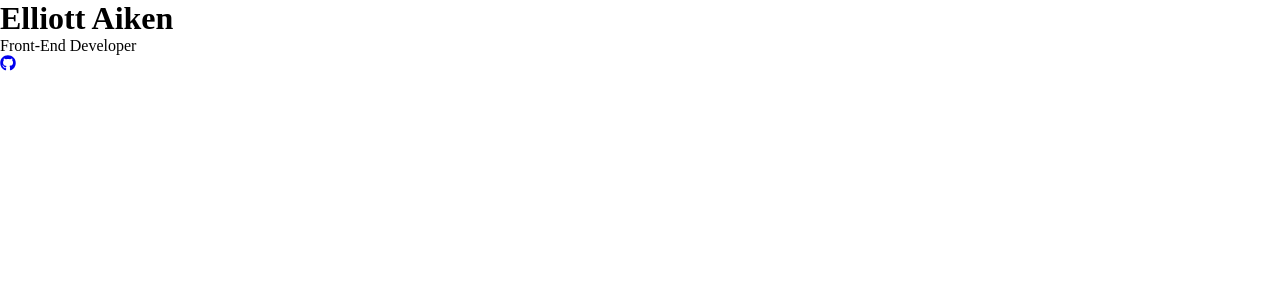
Repository: elaiken/portfolio
Page: /
The author's editor kept a copy of each file at every save. The page is drawn from the files as they stood at one save, then again after the next save.
The browser window is 1280 px wide. The pictures show the whole page.
The project was rebuilt for these pictures with package versions that can differ from the ones it lists, and the page was loaded fresh each time. Also part of the build but not shown: src/components/Error.js, src/components/Projects.js.

Above is the page before, as saved 2021-11-24 16:20:40.

### public/index.html
<!DOCTYPE html>
<html lang="en">
  <head>
    <meta charset="utf-8" />
    <link rel="icon" href="%PUBLIC_URL%/favicon.ico" />
    <meta name="viewport" content="width=device-width, initial-scale=1" />
    <meta name="theme-color" content="#000000" />
    <meta
      name="description"
      content="Elliott A Aiken II | Looking for Front-end Role"
    />
    <link rel="apple-touch-icon" href="%PUBLIC_URL%/logo192.png" />
    <!--
      manifest.json provides metadata used when your web app is installed on a
      user's mobile device or desktop. See https://developers.google.com/web/fundamentals/web-app-manifest/
    -->
    <link rel="manifest" href="%PUBLIC_URL%/manifest.json" />
    <link rel="preconnect" href="https://fonts.googleapis.com">
<link rel="preconnect" href="https://fonts.gstatic.com" crossorigin>
<link href="https://fonts.googleapis.com/css2?family=Manrope:wght@200;400;700&family=Poppins:ital,wght@0,500;1,300;1,400&family=Source+Sans+Pro:ital,wght@0,400;0,600;1,300;1,400&display=swap" rel="stylesheet">


    <title>Elliott A Aiken II | Looking for Front-end Role </title>
  </head>
  <body>
    <noscript>You need to enable JavaScript to run this app.</noscript>
    <div id="root"></div>

  </body>
</html>

### src/index.css
*{
  margin: 0;
  padding: 0;
  box-sizing: border-box;
}

ul {
  list-style-type: none;
}

a {
  text-decoration: none;


}

img {
  max-width: 100%;
}

### src/App.js
import { BrowserRouter, Route, Switch, Routes } from "react-router-dom"
import Error from "./components/Error";
import Home from "./components/Home";
import Projects from "./components/Projects";


const App = () => {
  return (
    <BrowserRouter >
      <Routes>
        <Route exact path='/' element={<Home />}>


        </Route>
        <Route path="/projects" element={<Projects />}>

        </Route>
        <Route path="/*" element={<Error />}>
        </Route>
      </Routes>
    </BrowserRouter>
  );
}
export default App;

### src/components/Home.js
import { FaGithub } from "react-icons/fa"



const Home = () => {

    return (
        <div className="home">
            <div className='overlay'>

                <h1> Elliott Aiken </h1>
                <p> Front-End Developer</p>

                <ul>
                    <li>
                        <a href="https://github.com/elaiken" target="_blank" rel="noopener noreferrer"><FaGithub /></a>

                    </li>
                </ul>

            </div>


        </div>

    )
}

export default Home

Loaded but not shown: src/index.js (common file); src/reportWebVitals.js (common file)

After the next save:
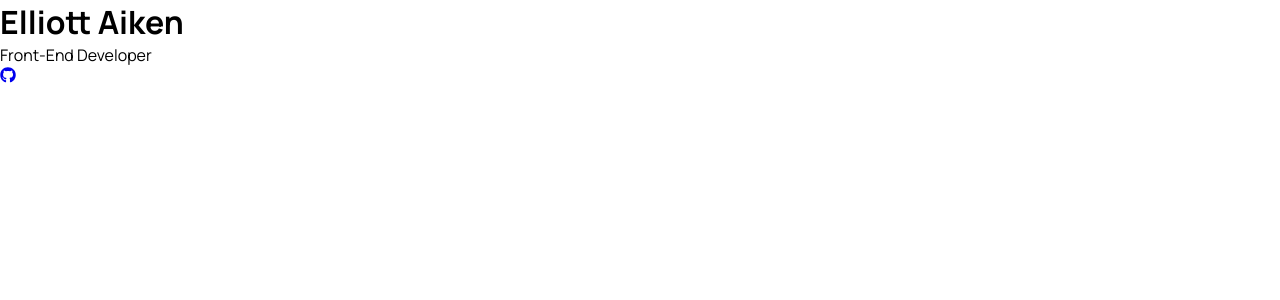
Saved 59 s later.
--- a/src/index.css
+++ b/src/index.css
@@ -9,6 +9,7 @@
 }
 
 a {
+  font-family: inherit;
   text-decoration: none;
 
 
@@ -17,3 +18,6 @@
 img {
   max-width: 100%;
 }
+body{
+  font-family: "Manrope", sans-serif;
+}
